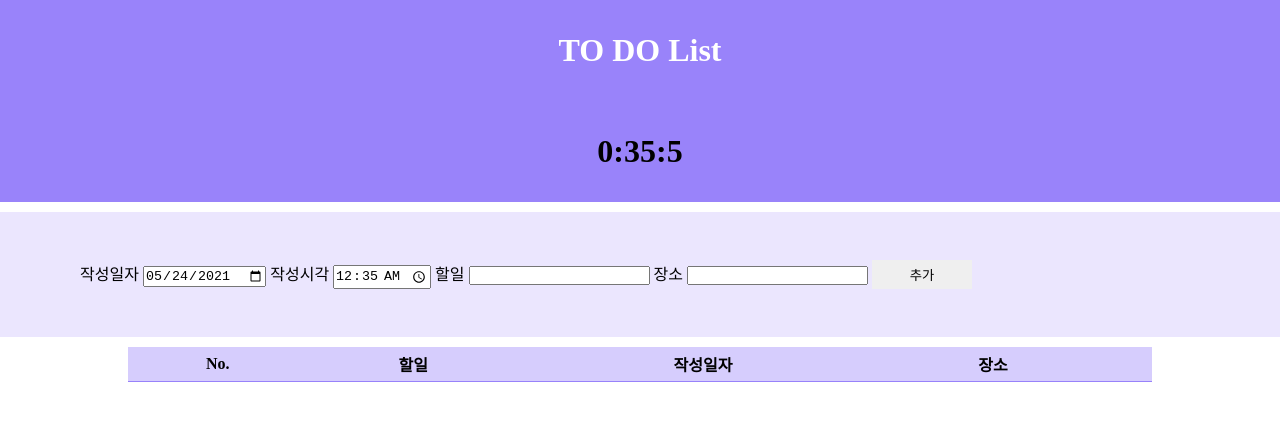
Repository: soyeon-noh/TodoList_Project
Page: http://localhost/Server_PR_TodoList/
The author's editor kept a copy of each file at every save. The page is drawn from the files as they stood at one save, then again after the next save.
The browser window is 1280 px wide. The pictures show the whole page.
The page is served by Tomcat 9. Other server files are loaded and not shown. Queries for data that is not in the repository find no rows.

Above is the page before, as saved 2021-05-25 02:50:03.

### Server_PR_TodoList/src/main/webapp/WEB-INF/views/home.jsp
<%@ page language="java" contentType="text/html; charset=UTF-8"
    pageEncoding="UTF-8"%>
<%@ taglib uri="http://java.sun.com/jsp/jstl/core"
			prefix="c"%>
<c:set value="${pageContext.request.contextPath}"
		var="rootPath"/>
<!DOCTYPE html>
<html>
<head>
<meta charset="UTF-8">
<title>TODOList 메인화면</title>
<link href="${rootPath}/static/css/home.css?ver2" rel="stylesheet"/>

<style>

</style>


</head>
  <body>
  	<%@ include file="/WEB-INF/views/include_nav.jsp" %>
    <form class ="v1" method="POST">
    	<div>
    		<label for="date">작성일자</label>
    		<input name="td_date"
    				type="date" value="${TD.td_date}">
    	</div>

    	<div>
    		<label for="time">작성시각</label>
    		<input name="td_time"
    				type="time" value="${TD.td_time}">
    	</div>

    	<div>
    		<label for="todo">할일</label>
    		<input name="td_todo"
    				type="text" value="${TD.td_todo}">
    	</div>

    	<div>
    		<label for="place">장소</label>
    		<input name="td_place"
    				type="text" value="${TD.td_place}">
    	</div>
   		<button class="btn_insert">추가</button>
    </form>

    <table id="tdlist">
      <tr>
        <th>No.</th>
        <th>할일</th>
        <th>작성일자</th>
        <th>장소</th>
        <th></th>
      </tr>
      <c:forEach items="${TDLIST}" var="TD" varStatus="i">
        <tr>
          <td>${i.count}</td>
          <td>${TD.td_todo}</td>
          <td>${TD.td_date}</td>
          <td>${TD.td_place}</td>
          <td><button class="btn_update" data-seq="${TD.td_seq}" type="button">
          		수정</button>
          		<button class="btn_delete" data-seq="${TD.td_seq}" type="button">
          		삭제</button></td>
        </tr>
      </c:forEach>
    </table>
  </body>

  <script>
  // html 코드가 다 화면에 뜨고 나서 실행하라는 명렁
  // 아래 한 줄의 코드가 있어야 어디든디 script를 넣을 수 있다.
	document.addEventListener("DOMContentLoaded",function(){
		document.querySelector("table#tdlist")
		.addEventListener("click", function(ev){
			let className = ev.target.className

			if(className == "btn_delete"){

				let seq = ev.target.dataset.seq
				alert(seq + " 삭제가 완료되었습니다.");

				document
				.location
				.replace( "${rootPath}" +
						"/UD/delete?td_seq="
						+ seq )

			} else if(className == "btn_update"){

				let seq = ev.target.dataset.seq;

				document
				.location
				.href= "${rootPath}" +
						"/UD/update?td_seq="
						+ seq
			}

		})
	})
  </script>

</html>

### Server_PR_TodoList/src/main/webapp/WEB-INF/views/include_nav.jsp
<%@ page language="java" contentType="text/html; charset=UTF-8"
    pageEncoding="UTF-8"%>

<style>
	* {
		margin: 0;
		padding: 0;
		box-sizing: border-box;
	}

    h1.clock {
        color: black;
        text-align: center;
        background-color: rgba(153, 131, 250, 20);
        padding: 2rem;
    }

</style>
<h1>TO DO List</h1>
<h2 class="date"></h2>
<h1 class="clock"></h1>
<script>
	let date = document.querySelector(".date");

    function getDate(){
        const time = new Date();
        const year = time.getUTCFullYear();
        const month = time.getUTCMonth();
        const day = time.getUTCDay();
        date.textContent = year + "-" + month + "-" + day;
    }



	let clock = document.querySelector(".clock");

	function getTime() {
		  const time = new Date();
		  const hour = time.getHours();
		  const minutes = time.getMinutes();
		  const seconds = time.getSeconds();
		  clock.textContent = hour + ":" + minutes + ":" + seconds;


	}

	function init() {
	  setInterval(getTime, 1000);
	}

	init();
</script>

### Server_PR_TodoList/src/main/java/com/callor/todo/controller/HomeController.java
package com.callor.todo.controller;

import java.io.IOException;
import java.text.SimpleDateFormat;
import java.util.Date;
import java.util.List;

import javax.servlet.ServletException;
import javax.servlet.annotation.WebServlet;
import javax.servlet.http.HttpServlet;
import javax.servlet.http.HttpServletRequest;
import javax.servlet.http.HttpServletResponse;

import com.callor.todo.model.TodoListVO;
import com.callor.todo.service.TodoService;
import com.callor.todo.service.impl.TodoServiceImplV1;

@WebServlet("/")
public class HomeController extends HttpServlet{

	protected TodoService tdService;
	public HomeController() {
		tdService = new TodoServiceImplV1();
	}
	@Override
	protected void doGet(HttpServletRequest req, HttpServletResponse resp) throws ServletException, IOException {
		// TODO selectAll()
		List<TodoListVO> tdList = tdService.selectAll();
		req.setAttribute("TDLIST", tdList);

		// TODO insert()
		TodoListVO tdVO = new TodoListVO();

		// SimpleDateFormat : 날짜 및 시간을 형식화하고 구문 분석하는 메소드 제공
		SimpleDateFormat sd = new SimpleDateFormat("yyyy-MM-dd");
		SimpleDateFormat st = new SimpleDateFormat("HH:mm:ss");

		// 현재시간을 저장
		Date date = new Date(System.currentTimeMillis());

		// 현재 시간을 변환해 VO에 넣어준다
		tdVO.setTd_seq(0L);
		tdVO.setTd_date(sd.format(date));
		tdVO.setTd_time(st.format(date));

		req.setAttribute("TD", tdVO);

		// home.jsp 화면을 보여줘라
		RequestController.reqController(req, resp, "home");
	}
	@Override
	protected void doPost(HttpServletRequest req, HttpServletResponse resp) throws ServletException, IOException {
		// TODO insert()

		// 한글 인코딩 세팅
		req.setCharacterEncoding("UTF-8");

		// user가 입력한 data 확인
		String td_date = req.getParameter("td_date");
		String td_time = req.getParameter("td_time");
		String td_todo = req.getParameter("td_todo");
		String td_place = req.getParameter("td_place");

		TodoListVO tdVO = new TodoListVO();
		tdVO.setTd_date(td_date);
		tdVO.setTd_time(td_time);
		tdVO.setTd_todo(td_todo);
		tdVO.setTd_place(td_place);

		tdService.insert(tdVO);

		System.out.println("insert : " + tdVO);

		resp.sendRedirect("/todo");
	}

}

### Server_PR_TodoList/src/main/java/com/callor/todo/service/impl/TodoServiceImplV1.java
package com.callor.todo.service.impl;

import java.sql.Connection;
import java.sql.PreparedStatement;
import java.sql.ResultSet;
import java.sql.SQLException;
import java.util.ArrayList;
import java.util.List;

import com.callor.todo.config.DbInfo;
import com.callor.todo.config.MySQLConnection;
import com.callor.todo.model.TodoListVO;
import com.callor.todo.service.TodoService;

public class TodoServiceImplV1 implements TodoService{

	// 먼저 db와 연결
	protected Connection dbConn;

	public TodoServiceImplV1() {
		dbConn = MySQLConnection.getDBConnection();
	}


	protected List<TodoListVO> select(PreparedStatement pStr) throws SQLException{
		// TODO DB로부터 데이터를 받아와 List에 저장
		List<TodoListVO> tdList = new ArrayList<TodoListVO>();

		ResultSet rSet = pStr.executeQuery();
		while(rSet.next()) {
			TodoListVO tdVO = new TodoListVO();
			tdVO.setTd_seq(rSet.getLong(DbInfo.td_seq));
			tdVO.setTd_date(rSet.getString(DbInfo.td_date));
			tdVO.setTd_time(rSet.getString(DbInfo.td_time));
			tdVO.setTd_todo(rSet.getString(DbInfo.td_todo));
			tdVO.setTd_place(rSet.getString(DbInfo.td_place));
			tdList.add(tdVO);
		}

		// 데이터 확인
		System.out.println("select : " + tdList.toString());
		return tdList;
	}

	@Override
	public List<TodoListVO> selectAll() {
		// TODO List 전체 데이터 조회

		String sql = " SELECT * FROM tbl_todo_list ";
		sql += " ORDER BY td_date DESC, td_time DESC ";

		PreparedStatement pStr = null;

		try {
			pStr = dbConn.prepareStatement(sql);
			List<TodoListVO> tdList = this.select(pStr);
			pStr.close();

			System.out.println("selectAll : " + tdList.toString());
			return tdList;
		} catch (SQLException e) {
			// TODO Auto-generated catch block
			e.printStackTrace();
		}
		return null;
	}

	@Override
	public TodoListVO findById(Long seq) {
		// TODO 일련번호로 조회
		String sql = " SELECT * FROM tbl_todo_list ";
		sql += " WHERE td_seq = ? ";

		PreparedStatement pStr = null;

		try {
			pStr = dbConn.prepareStatement(sql);
			pStr.setLong(1, seq);

			List<TodoListVO> tdList = this.select(pStr);

			pStr.close();

			if(tdList != null && tdList.size() > 0) {
				return tdList.get(0);
			}


		} catch (SQLException e) {
			// TODO Auto-generated catch block
			e.printStackTrace();
		}
		return null;
	}

	@Override
	public List<TodoListVO> findByDate(String td_date) {
		// TODO 날짜로 조회
		String sql = " SELECT * FROM tbl_todo_list ";
		sql += " WHERE td_date = ? ";

		PreparedStatement pStr = null;

		try {
			pStr = dbConn.prepareStatement(sql);
			pStr.setString(1, td_date);

			List<TodoListVO> tdList = this.select(pStr);

			pStr.close();
			return tdList;

		} catch (SQLException e) {
			// TODO Auto-generated catch block
			e.printStackTrace();
		}
		return null;
	}

	@Override
	public List<TodoListVO> findByTodo(String td_todo) {
		// TODO 할일내용으로 조회
		return null;
	}

	@Override
	public List<TodoListVO> findByPlace(String td_place) {
		// TODO 장소로 조회
		return null;
	}

	@Override
	public Integer insert(TodoListVO tdVO) {
		// TODO 데이터 추가

		String sql = " INSERT INTO tbl_todo_list ";
		sql += " ( ";
		sql += " td_date, ";
		sql += " td_time, ";
		sql += " td_todo, ";
		sql += " td_place) ";
		sql += " VALUES( ?,?,?,? ) ";


		// SQL 구문을 실행시키는 객체
		PreparedStatement pStr = null;

		try {
			pStr = dbConn.prepareStatement(sql);
			pStr.setString(1, tdVO.getTd_date());
			pStr.setString(2, tdVO.getTd_time());
			pStr.setString(3, tdVO.getTd_todo());
			pStr.setString(4, tdVO.getTd_place());

			return pStr.executeUpdate();

		} catch (SQLException e) {
			// TODO Auto-generated catch block
			e.printStackTrace();
		}
		return null;
	}


	@Override
	public Integer update(TodoListVO tdVO) {
		// TODO 데이터 업데이트
		String sql = " UPDATE tbl_todo_list SET ";
		sql += " td_date = ?, ";
		sql += " td_time = ?, ";
		sql += " td_todo = ?, ";
		sql += " td_place = ? ";

		sql += " WHERE td_seq = ? ";

		PreparedStatement pStr = null;

		try {
			pStr = dbConn.prepareStatement(sql);
			pStr.setString(1, tdVO.getTd_date());
			pStr.setString(2, tdVO.getTd_time());
			pStr.setString(3, tdVO.getTd_todo());
			pStr.setString(4, tdVO.getTd_place());

			pStr.setLong(5, tdVO.getTd_seq());
			return pStr.executeUpdate();

		} catch (SQLException e) {
			// TODO Auto-generated catch block
			e.printStackTrace();
		}

		return null;
	}

	@Override
	public Integer delete(Long seq) {
		// TODO 데이터 삭제

		String sql = " DELETE FROM tbl_todo_list ";
		sql += "WHERE td_seq = ?";

		PreparedStatement pStr = null;

		try {
			pStr = dbConn.prepareStatement(sql);
			pStr.setLong(1, seq);
			return pStr.executeUpdate();

		} catch (SQLException e) {
			// TODO Auto-generated catch block
			e.printStackTrace();
		}
		return null;
	}
}

### Server_PR_TodoList/src/main/java/com/callor/todo/config/MySQLConnection.java
package com.callor.todo.config;

import java.sql.Connection;
import java.sql.DriverManager;
import java.sql.SQLException;

public class MySQLConnection {

	private static Connection dbConn;

	static {

		String jdbcDriver = "com.mysql.cj.jdbc.Driver";
		String url = "jdbc:mysql://localhost:3306/todolist";
		String username = "tdUser";
		String password = "12345";

		try {
			Class.forName(jdbcDriver);
			if(dbConn == null) {
				dbConn = DriverManager.getConnection(url, username, password);
			}
			System.out.println("MySQL 접속 성공!!");
		} catch (ClassNotFoundException e) {
			System.out.println("MySQL Driver 를 찾을 수 없음");
		} catch (SQLException e) {
			System.out.println("MySQL DBMS 연결 실패");
		}
	}

	public static Connection getDBConnection() {
		return dbConn;
	}

}

### Server_PR_TodoList/src/main/java/com/callor/todo/model/TodoListVO.java
package com.callor.todo.model;

import lombok.AllArgsConstructor;
import lombok.Getter;
import lombok.NoArgsConstructor;
import lombok.Setter;
import lombok.ToString;

@Getter
@Setter
@ToString
@NoArgsConstructor
@AllArgsConstructor
public class TodoListVO {

	private Long td_seq;	//BIGINT
    private String td_date;	//VARCHAR(20)
    private String td_time;	//VARCHAR(20)
	private String td_todo;	//VARCHAR(200)
    private String td_place;	//VARCHAR(125)
}

### Server_PR_TodoList/src/main/java/com/callor/todo/controller/RequestController.java
package com.callor.todo.controller;

import java.io.IOException;

import javax.servlet.ServletException;
import javax.servlet.http.HttpServlet;
import javax.servlet.http.HttpServletRequest;
import javax.servlet.http.HttpServletResponse;

public class RequestController extends HttpServlet{

	public static void reqController (HttpServletRequest req,
			HttpServletResponse resp, String file) throws ServletException, IOException {

		String root = "/WEB-INF/views/" + file + ".jsp";

		req.getRequestDispatcher(root)
		.forward(req, resp);


	}

}

### Server_PR_TodoList/src/main/webapp/static/css/home.css
@charset "UTF-8";

/* 여백 초기화 */
* {
	margin: 0;
	padding: 0;
	box-sizing: border-box;
}

h1 {
	color: white;
	text-align: center;
	background-color: rgba(153,131,250,1);
	padding: 2rem;

}

form.v1 {
	background-color: rgba(153,131,250,0.2);
	padding: 3rem 5rem 3rem 5rem;
	margin: 10px auto;
}

form.v1 div{
	display: inline-block;
}

form.v1 label{
	width: 150px;
	text-align: right;
}

form.v1 button{
		outline: 0;
		border: 0;
		width: 100px;
		color: black;
		padding: 5px;
}

table {
	border-collapse: collapse;
	width: 80%;
	margin: 10px auto;
}

td, th {
	border-bottom: 1px solid #9882FA;
	padding: 5px;
	text-align: center;
}

th {
	background-color: rgba(153,131,250,0.4);
}

After the next save:
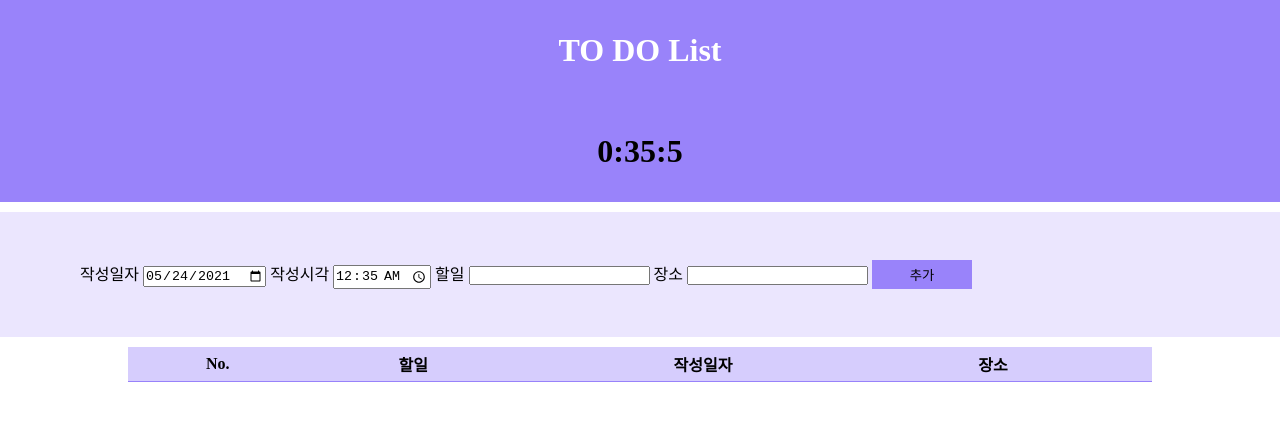
Saved 39 s later.
--- a/Server_PR_TodoList/src/main/webapp/static/css/home.css
+++ b/Server_PR_TodoList/src/main/webapp/static/css/home.css
@@ -36,6 +36,7 @@ form.v1 button{
 		width: 100px;
 		color: black;
 		padding: 5px;
+		background-color: rgba(153,131,250,1);
 }
 
 table {
